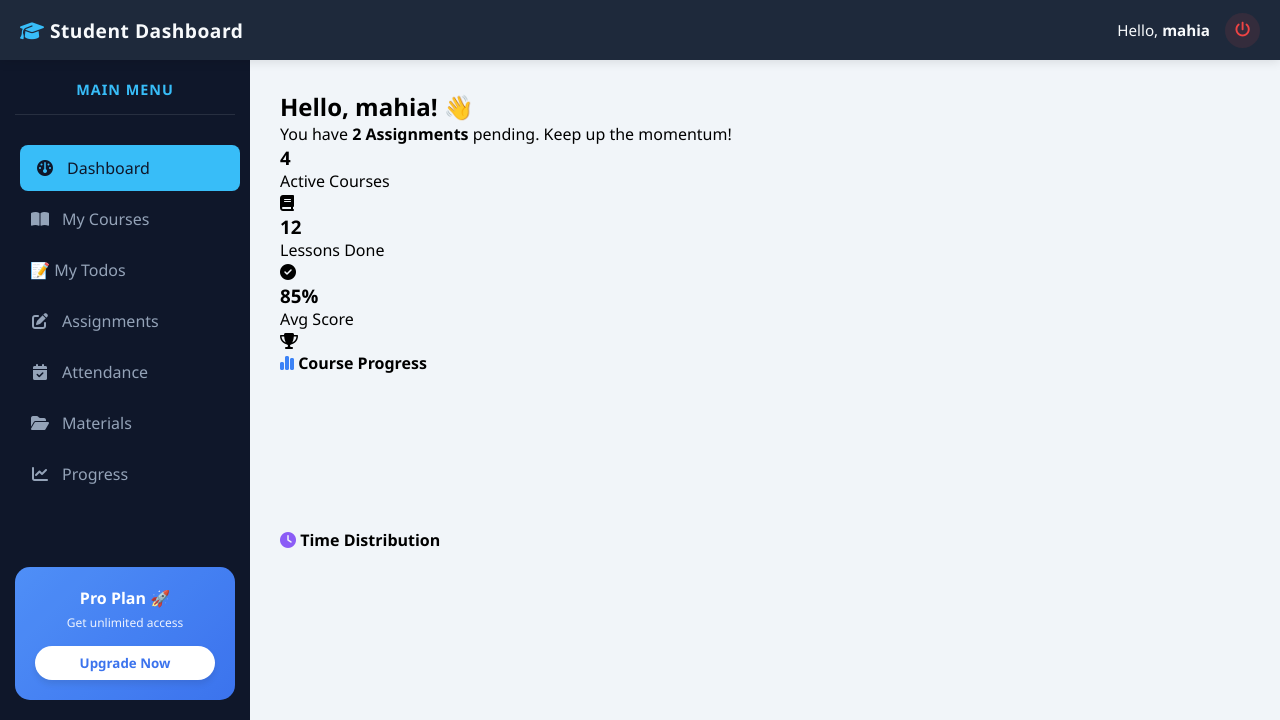
Repository: Mahendher979Python/lms-project
Page: http://localhost/student/dashboard/
The author's editor kept a copy of each file at every save. The page is drawn from the files as they stood at one save, then again after the next save.
The browser window is 1280 px wide. The pictures show the whole page.
An inner scrolling area shows only its first screen. The page is served by the project's application, run on Django 5.2 (lmsbuild/manage.py). The first stored user is signed in. Other server files are loaded and not shown. The page reads the database file committed with the project.

Above is the page before, as saved 2026-01-21 20:53:38.
Console error: ReferenceError: Chart is not defined

### lmsbuild/templates/accounts/student/dashboard.html
{% extends "accounts/student/base.html" %}

{% block title %}Home{% endblock %}

{% block extra_css %}
<script src="https://cdn.jsdelivr.net/npm/chart.js"></script>

<style>
    /* --- 3D WELCOME CARD --- */
    .welcome-card {
        background: linear-gradient(120deg, #3b82f6, #6366f1);
        color: white;
        padding: 40px;
        border-radius: 25px;
        margin-bottom: 40px;
        position: relative;
        overflow: hidden;
        /* The 3D Shadow/Lift */
        box-shadow:
            0 20px 25px -5px rgba(59, 130, 246, 0.4),
            0 10px 10px -5px rgba(59, 130, 246, 0.2);
        border: 1px solid rgba(255,255,255,0.1);
        transition: transform 0.3s ease;
    }

    .welcome-card:hover { transform: translateY(-3px); }

    /* Decorative Circle */
    .welcome-card::after {
        content: ''; position: absolute; right: -50px; top: -50px;
        width: 200px; height: 200px; border-radius: 50%;
        background: rgba(255,255,255,0.1); pointer-events: none;
    }

    .welcome-card h2 { font-size: 2rem; margin-bottom: 10px; font-weight: 800; text-shadow: 0 4px 4px rgba(0,0,0,0.2); }
    .welcome-card p { font-size: 1.1rem; opacity: 0.9; }

    /* --- 3D STATS GRID --- */
    .stats-grid {
        display: grid;
        grid-template-columns: repeat(auto-fit, minmax(250px, 1fr));
        gap: 30px;
        margin-bottom: 40px;
    }

    .stat-card {
        background: #ffffff;
        padding: 25px;
        border-radius: 20px;
        /* Floating Effect Shadow */
        box-shadow: 0 10px 15px -3px rgba(0, 0, 0, 0.05), 0 4px 6px -2px rgba(0, 0, 0, 0.02);
        border: 1px solid rgba(255, 255, 255, 0.5);
        transition: all 0.4s cubic-bezier(0.175, 0.885, 0.32, 1.275); /* Bouncy transition */
        position: relative;
        overflow: hidden;
    }

    /* Hover effect: Card Lifts Up */
    .stat-card:hover {
        transform: translateY(-10px);
        box-shadow: 0 20px 25px -5px rgba(0, 0, 0, 0.1), 0 10px 10px -5px rgba(0, 0, 0, 0.04);
    }

    /* Side Accent Bar */
    .stat-card::before {
        content: ''; position: absolute; left: 0; top: 0; bottom: 0;
        width: 6px; background: #cbd5e1;
    }

    .stat-card.blue::before { background: #3b82f6; }
    .stat-card.green::before { background: #10b981; }
    .stat-card.orange::before { background: #f59e0b; }

    .stat-card h3 { font-size: 2.5rem; color: #1e293b; font-weight: 800; margin-bottom: 5px; }
    .stat-card p { color: #64748b; font-weight: 600; text-transform: uppercase; font-size: 0.8rem; letter-spacing: 1px; }

    /* Icon in background for decoration */
    .stat-card i {
        position: absolute; right: 20px; bottom: 20px;
        font-size: 4rem; color: rgba(0,0,0,0.03);
        transform: rotate(-15deg);
    }

    /* --- 3D CHARTS SECTION --- */
    .charts-wrapper {
        display: grid;
        grid-template-columns: repeat(auto-fit, minmax(450px, 1fr));
        gap: 30px;
    }

    .chart-card {
        background: #ffffff;
        padding: 30px;
        border-radius: 20px;
        box-shadow: 0 4px 6px -1px rgba(0, 0, 0, 0.05), 0 2px 4px -1px rgba(0, 0, 0, 0.03);
        border: 1px solid #f1f5f9;
    }

    .chart-header { margin-bottom: 20px; border-bottom: 2px solid #f1f5f9; padding-bottom: 15px; }
    .chart-header h4 { font-size: 1.2rem; color: #334155; font-weight: 700; display: flex; align-items: center; gap: 10px; }
</style>
{% endblock %}

{% block content %}

    <div class="welcome-card">
        <h2>Hello, {{ request.user.username }}! 👋</h2>
        <p>You have <b>2 Assignments</b> pending. Keep up the momentum!</p>
    </div>

    <div class="stats-grid">
        <div class="stat-card blue">
            <h3>{{ courses_count|default:"4" }}</h3>
            <p>Active Courses</p>
            <i class="fa-solid fa-book"></i>
        </div>
        <div class="stat-card green">
            <h3>12</h3>
            <p>Lessons Done</p>
            <i class="fa-solid fa-check-circle"></i>
        </div>
        <div class="stat-card orange">
            <h3>85%</h3>
            <p>Avg Score</p>
            <i class="fa-solid fa-trophy"></i>
        </div>
    </div>

    <div class="charts-wrapper">

        <div class="chart-card">
            <div class="chart-header">
                <h4><i class="fa-solid fa-chart-simple" style="color:#3b82f6;"></i> Course Progress</h4>
            </div>
            <canvas id="courseProgressChart"></canvas>
        </div>

        <div class="chart-card">
            <div class="chart-header">
                <h4><i class="fa-solid fa-clock" style="color:#8b5cf6;"></i> Time Distribution</h4>
            </div>
            <div style="height: 280px; display: flex; justify-content: center;">
                <canvas id="timeSpentChart"></canvas>
            </div>
        </div>

    </div>

    <script>
        document.addEventListener("DOMContentLoaded", function() {

            // Common Options for 3D look in Charts
            Chart.defaults.font.family = "'Segoe UI', sans-serif";
            Chart.defaults.color = '#64748b';

            // --- CHART 1: Course Progress ---
            const ctx1 = document.getElementById('courseProgressChart').getContext('2d');

            // Gradient for Bars
            const gradientBlue = ctx1.createLinearGradient(0, 0, 0, 400);
            gradientBlue.addColorStop(0, '#3b82f6');
            gradientBlue.addColorStop(1, '#60a5fa');

            new Chart(ctx1, {
                type: 'bar',
                data: {
                    labels: ['Python', 'Django', 'React', 'Data Science'],
                    datasets: [{
                        label: 'Completion (%)',
                        data: [75, 50, 90, 30],
                        backgroundColor: gradientBlue,
                        borderRadius: 8, // Rounded bar tops
                        barThickness: 30,
                        borderWidth: 0,
                        hoverBackgroundColor: '#2563eb'
                    }]
                },
                options: {
                    responsive: true,
                    plugins: { legend: { display: false } },
                    scales: {
                        y: { beginAtZero: true, max: 100, grid: { color: '#f1f5f9' } },
                        x: { grid: { display: false } }
                    }
                }
            });

            // --- CHART 2: Doughnut Chart ---
            const ctx2 = document.getElementById('timeSpentChart').getContext('2d');
            new Chart(ctx2, {
                type: 'doughnut',
                data: {
                    labels: ['Video Lectures', 'Assignments', 'Quizzes'],
                    datasets: [{
                        data: [12, 5, 3],
                        backgroundColor: [
                            '#3b82f6', // Blue
                            '#8b5cf6', // Purple
                            '#06b6d4'  // Cyan
                        ],
                        borderWidth: 5, // Thicker gaps
                        borderColor: '#ffffff', // Match card bg
                        hoverOffset: 15 // Pops out on hover
                    }]
                },
                options: {
                    responsive: true,
                    maintainAspectRatio: false,
                    cutout: '70%', // Thinner ring
                    plugins: {
                        legend: { position: 'bottom', labels: { usePointStyle: true, padding: 20 } }
                    }
                }
            });
        });
    </script>

{% endblock %}

### lmsbuild/templates/accounts/student/base.html
{% load static %}
<!DOCTYPE html>
<html lang="en">
<head>
<meta charset="UTF-8">
<title>Student | Dashboard</title>
<meta name="viewport" content="width=device-width, initial-scale=1.0">

<link href="https://cdnjs.cloudflare.com/ajax/libs/font-awesome/6.5.0/css/all.min.css" rel="stylesheet">

<style>
    :root {
        --bg-dark: #0f172a;
        --bg-panel: #1e293b;
        --bg-light: #f1f5f9;
        --text-main: #f8fafc;
        --text-muted: #94a3b8;
        --accent: #38bdf8;
        --accent-hover: #0ea5e9;
        --danger: #ef4444;
    }

    * { margin: 0; padding: 0; box-sizing: border-box; font-family: "Segoe UI", sans-serif; }

    body { background: var(--bg-light); display: flex; flex-direction: column; height: 100vh; overflow: hidden; }

    /* --- Topbar --- */
    .topbar {
        height: 60px;
        background: var(--bg-panel);
        color: var(--text-main);
        display: flex;
        justify-content: space-between;
        align-items: center;
        padding: 0 20px;
        box-shadow: 0 2px 10px rgba(0,0,0,0.1);
        z-index: 1000;
    }

    .brand {
        display: flex;
        align-items: center;
        gap: 15px;
    }

    .brand h2 { font-size: 1.2rem; font-weight: 600; letter-spacing: 0.5px; }

    .toggle-btn {
        background: none;
        border: none;
        color: var(--text-main);
        font-size: 1.2rem;
        cursor: pointer;
        display: none; /* Hidden on desktop */
    }

    .user-actions {
        display: flex;
        align-items: center;
        gap: 15px;
        font-size: 0.95rem;
    }

    /* Power Button Logout */
    .logout-btn {
        background: rgba(239, 68, 68, 0.1);
        color: var(--danger);
        width: 35px;
        height: 35px;
        border-radius: 50%;
        display: flex;
        align-items: center;
        justify-content: center;
        text-decoration: none;
        transition: all 0.3s ease;
        border: 1px solid transparent;
    }

    .logout-btn:hover {
        background: var(--danger);
        color: white;
        transform: scale(1.1);
        box-shadow: 0 0 10px rgba(239, 68, 68, 0.4);
    }

    /* --- Layout --- */
    .layout { display: flex; flex: 1; overflow: hidden; }

    /* --- Sidebar --- */
    .sidebar {
        width: 250px;
        background: var(--bg-dark);
        color: #fff;
        padding: 20px 15px;
        display: flex;
        flex-direction: column;
        transition: transform 0.3s ease;
    }

    .sidebar-header {
        text-align: center;
        margin-bottom: 30px;
        color: var(--accent);
        font-weight: bold;
        text-transform: uppercase;
        letter-spacing: 1px;
        font-size: 0.9rem;
        border-bottom: 1px solid rgba(255,255,255,0.1);
        padding-bottom: 15px;
    }

    .menu { flex: 1; display: flex; flex-direction: column; gap: 5px; }

    .menu a {
        display: flex;
        align-items: center;
        gap: 12px;
        padding: 12px 15px;
        border-radius: 8px;
        color: var(--text-muted);
        text-decoration: none;
        transition: all 0.2s;
        font-weight: 500;
    }

    .menu a:hover, .menu a.active {
        background: var(--accent);
        color: #0f172a;
        transform: translateX(5px);
    }

    .menu a i { width: 20px; text-align: center; }

    /* --- Upgrade Box --- */
    .upgrade-box {
        background: linear-gradient(135deg, #3b82f6 0%, #2563eb 100%);
        padding: 20px;
        border-radius: 15px;
        text-align: center;
        margin-top: auto; /* Pushes to bottom */
        color: white;
        position: relative;
        overflow: hidden;
    }

    .upgrade-box::before {
        content: '';
        position: absolute;
        top: -50%;
        left: -50%;
        width: 200%;
        height: 200%;
        background: rgba(255,255,255,0.1);
        transform: rotate(45deg);
        pointer-events: none;
    }

    .upgrade-box h4 { margin-bottom: 5px; font-size: 1rem; }
    .upgrade-box small { display: block; margin-bottom: 15px; font-size: 0.75rem; opacity: 0.9; }

    .upgrade-btn {
        background: white;
        color: #2563eb;
        border: none;
        padding: 8px 15px;
        border-radius: 20px;
        font-weight: bold;
        cursor: pointer;
        width: 100%;
        transition: transform 0.2s;
        box-shadow: 0 4px 6px rgba(0,0,0,0.1);
    }

    .upgrade-btn:hover { transform: translateY(-2px); }

    /* --- Content Area --- */
    .content {
        flex: 1;
        padding: 30px;
        overflow-y: auto;
    }

    /* --- Responsive --- */
    @media (max-width: 768px) {
        .sidebar {
            position: absolute;
            left: -250px;
            height: calc(100vh - 60px);
            z-index: 999;
        }
        .sidebar.active { left: 0; }
        .toggle-btn { display: block; }
    }
</style>
</head>

<body>

    <div class="topbar">
        <div class="brand">
            <button class="toggle-btn" onclick="toggleSidebar()">
                <i class="fa-solid fa-bars"></i>
            </button>
            <h2><i class="fa-solid fa-graduation-cap" style="color:var(--accent);"></i> Student Dashboard</h2>
        </div>

        <div class="user-actions">
            <span>Hello, <b>{{ request.user.username }}</b></span>
            <a href="{% url 'logout' %}" class="logout-btn" onclick="return confirmLogout()" title="Logout">
                <i class="fa-solid fa-power-off"></i>
            </a>
        </div>
    </div>

    <div class="layout">

        <div class="sidebar" id="sidebar">
            <div class="sidebar-header">
                Main Menu
            </div>

            <div class="menu">
                <a href="{% url 'student_dashboard' %}" class="active"><i class="fa-solid fa-gauge"></i> Dashboard</a>
                <a href="{% url 'student_course_list' %}"><i class="fa-solid fa-book-open"></i> My Courses</a>
                <a href="{% url 'student_todo_list' %}">📝 My Todos</a>

                <a href="#"><i class="fa-solid fa-pen-to-square"></i> Assignments</a>
                <a href="#"><i class="fa-solid fa-calendar-check"></i> Attendance</a>
                <a href="#"><i class="fa-solid fa-folder-open"></i> Materials</a>
                <a href="#"><i class="fa-solid fa-chart-line"></i> Progress</a>
            </div>

            <div class="upgrade-box">
                <h4>Pro Plan 🚀</h4>
                <small>Get unlimited access</small>
                <button class="upgrade-btn" onclick="alert('Redirecting to Payment Gateway...')">Upgrade Now</button>
            </div>
        </div>

        <div class="content">
            {% block content %}
                <h1>Welcome Back!</h1>
                <p style="color:#64748b; margin-top:10px;">Select a course from the menu to start learning.</p>
            {% endblock %}
        </div>

    </div>

    <script>
        // Toggle Sidebar for Mobile
        function toggleSidebar() {
            const sidebar = document.getElementById('sidebar');
            sidebar.classList.toggle('active');
        }

        // Logout Confirmation
        function confirmLogout() {
            return confirm("Are you sure you want to logout?");
        }

        // Highlight Active Menu (Optional: Simple JS logic to highlight current link)
        const currentPath = window.location.pathname;
        const menuLinks = document.querySelectorAll('.menu a');

        menuLinks.forEach(link => {
            if(link.getAttribute('href') === currentPath) {
                // Remove active class from others
                document.querySelector('.menu a.active')?.classList.remove('active');
                // Add active class to current
                link.classList.add('active');
            }
        });
    </script>

</body>
</html>

### lmsbuild/lmsbuild/urls.py
"""
URL configuration for lmsbuild project.

The `urlpatterns` list routes URLs to views. For more information please see:
    https://docs.djangoproject.com/en/6.0/topics/http/urls/
Examples:
Function views
    1. Add an import:  from my_app import views
    2. Add a URL to urlpatterns:  path('', views.home, name='home')
Class-based views
    1. Add an import:  from other_app.views import Home
    2. Add a URL to urlpatterns:  path('', Home.as_view(), name='home')
Including another URLconf
    1. Import the include() function: from django.urls import include, path
    2. Add a URL to urlpatterns:  path('blog/', include('blog.urls'))
"""

from django.conf import settings
from django.conf.urls.static import static
from django.contrib import admin
from django.urls import path, include

urlpatterns = [
    path('', include('accounts.urls')),   # 👈 first
    path('courses/', include("courses.urls")),
    path('enroll/', include('enrollments.urls')),
    path('study/', include('study.urls')),

    path('admin/', admin.site.urls),      # 👈 django admin
]



if settings.DEBUG:
    urlpatterns += static(settings.MEDIA_URL, document_root=settings.MEDIA_ROOT)
if settings.DEBUG:
    urlpatterns += static(settings.STATIC_URL, document_root=settings.STATIC_ROOT)

### lmsbuild/accounts/urls.py
from django.urls import path
from accounts import views

urlpatterns = [
    path("", views.home, name="home"),
    path("login/", views.login_view, name="login"),
    path("logout/", views.user_logout, name="logout"),

    path("admin/dashboard/", views.admin_dashboard, name="admin_dashboard"),
    path("trainer/dashboard/", views.trainer_dashboard, name="trainer_dashboard"),
    path("student/dashboard/", views.student_dashboard, name="student_dashboard"),



path('dashboard/trainers/', views.trainer_list, name='trainer_list'),
path('dashboard/trainers/create/', views.trainer_create, name='trainer_create'),
path('dashboard/trainers/edit/<int:id>/', views.trainer_edit, name='trainer_edit'),
path('dashboard/trainers/delete/<int:id>/', views.trainer_delete, name='trainer_delete'),


    path("admin/students/", views.admin_students, name="admin_students"),
    path("admin/students/add/", views.admin_add_student, name="admin_add_student"),
    path("admin/students/created/", views.admin_student_created, name="admin_student_created"),
    path("admin/students/edit/<int:id>/", views.admin_edit_student, name="admin_edit_student"),
    path("admin/students/delete/<int:id>/", views.admin_delete_student, name="admin_delete_student"),

    path("admin/users/", views.admin_user_list, name="admin_user_list"),
    path("admin/users/<int:id>/", views.admin_user_view, name="admin_user_view"),



]

### lmsbuild/enrollments/urls.py
from django.urls import path
from . import views

urlpatterns = [
    path('dashboard/student/courses/', views.student_course_list, name='student_course_list'),
    path('dashboard/student/courses/<int:course_id>/', views.student_course_detail, name='student_course_detail'),
    path('dashboard/student/courses/<int:course_id>/enroll/', views.enroll_course, name='enroll_course'),

]

### lmsbuild/study/urls.py
from django.urls import path
from . import views

urlpatterns = [
    # ADMIN TODO
    path("admin/todo/", views.admin_todo_list, name="admin_todo_list"),
    path("admin/todo/add/", views.admin_todo_add, name="admin_todo_add"),
    # TRAINER TODO
    path("trainer/todo/", views.trainer_todo_list, name="trainer_todo_list"),
    path("trainer/todo/add/", views.trainer_todo_add, name="trainer_todo_add"),
    # STUDENT TODO
    path("student/todo/", views.student_todo_list, name="student_todo_list"),

    # ADMIN NOTES
    path("admin/notes/", views.admin_notes_list, name="admin_notes_list"),
    path("admin/notes/add/", views.admin_notes_add, name="admin_notes_add"),
    path("admin/notes/edit/<int:pk>/", views.admin_notes_edit, name="admin_notes_edit"),
    path("admin/notes/delete/<int:pk>/", views.admin_notes_delete, name="admin_notes_delete"),


    # TRAINER NOTES
    path("trainer/notes/", views.trainer_notes_list, name="trainer_notes_list"),
    path("trainer/notes/add/", views.trainer_notes_add, name="trainer_notes_add"),
    path("trainer/notes/edit/<int:pk>/", views.trainer_notes_edit, name="trainer_notes_edit"),

    # STUDENT NOTES
    path("student/notes/", views.student_notes_list, name="student_notes_list"),


]

### lmsbuild/db.sqlite3 (the tables this page reads, as SQL)
CREATE TABLE "accounts_user" ("id" integer NOT NULL PRIMARY KEY AUTOINCREMENT, "password" varchar(128) NOT NULL, "last_login" datetime NULL, "is_superuser" bool NOT NULL, "username" varchar(150) NOT NULL UNIQUE, "first_name" varchar(150) NOT NULL, "last_name" varchar(150) NOT NULL, "email" varchar(254) NOT NULL, "is_staff" bool NOT NULL, "is_active" bool NOT NULL, "date_joined" datetime NOT NULL, "role" varchar(20) NOT NULL, "mobile" varchar(15) NULL, "profile_pic" varchar(100) NULL);
INSERT INTO "accounts_user" VALUES
(5, 'pbkdf2_sha256$1200000$yS7kMXnk13x1dyoWzV7Q4r$sFsEM5N4l2sqWy48hrT4AN/M9UTYPqdmc6/7xeDMfG0=', '2026-02-01 12:52:08.819185', 1, 'mahia', '', '', 'admin@gmail.com', 1, 1, '2026-02-01 12:19:24.402295', '', NULL, ''),
(6, 'pbkdf2_sha256$1200000$F71FEbe812YVNySfj2g36r$FJhl0EIjceylJxNtV2YsUtlPF2eBAiYqHxUr+g1wQdU=', NULL, 0, 'mahit', '', '', 'trainer@gmail.com', 1, 1, '2026-02-01 12:19:49.569737', '', NULL, ''),
(7, 'pbkdf2_sha256$1200000$PS2ekf1esqWRtdWZBdnyis$ocAYzxc3kD0ab85X2sF6IRk3SzfzgjZd8FnjRoFGrmA=', '2026-02-01 12:47:37.077829', 0, 'mahis', '', '', 'student@gmail.com', 0, 1, '2026-02-01 12:20:18.015788', '', NULL, ''),
(8, 'pbkdf2_sha256$1200000$fLwaOQTaDt3rVhNaTOHagI$KSLDqQruRr+ZX/ZRlCp6nQtpvmJKz94jlUqK+naPXEo=', '2026-02-02 08:19:18.831906', 0, 'Mahiad', 'Banavath', 'Mahendher', 'mahibanavath979@gmail.com', 0, 1, '2026-02-01 12:56:03', 'admin', NULL, 'profile_pics/dhoni.jpg'),
(9, 'pbkdf2_sha256$1200000$9p9l5T5JaSWoKsje1GfS85$EWZdOPHPw/sow6n5REacK68H4VuN6//p8lsBiCX0p+k=', '2026-02-02 08:18:10.822580', 0, 'PythonTrainer', '', '', '', 0, 1, '2026-02-01 12:59:55.785842', 'trainer', '6305165869', ''),
(10, 'pbkdf2_sha256$1000000$PFQ06zEu67s1kch2176a5U$RIWio7whsrpbtw8qZ/b3E+Yv6OTf1IUJ+q2H8Nui3ks=', '2026-02-02 06:13:06.713323', 0, 'JavaTrainer', '', '', '', 0, 1, '2026-02-01 13:00:28.271361', 'trainer', '7780752875', ''),
(11, 'pbkdf2_sha256$1000000$ePSnZbFML36YtQOsEWUJLr$w5balXa05yWNFGvgw851DOZqpVf++UgjxJH/Z4aC0sY=', '2026-02-01 14:43:16.643209', 0, 'AwsTrainer', '', '', '', 0, 1, '2026-02-01 13:00:48.272023', 'trainer', '8899009988', ''),
(12, 'pbkdf2_sha256$1000000$y6lT2o7WFnZLlYiLemSTIY$PwzKfvIpQc3bjWCwcd+jevJwDdL9+s4XnkAv5qeMiT8=', NULL, 0, 'studentaws', '', '', '', 0, 1, '2026-02-01 15:21:44.443173', 'student', NULL, ''),
(13, 'pbkdf2_sha256$1000000$lJMkWJkBW0ePvTY9bdV987$EMzYG2wEtpDXdyBzprZjpzi3W+HHLhqp+F+BfJQLE9E=', '2026-02-01 15:26:23.363230', 0, 'Awsstudent2', '', '', '', 0, 1, '2026-02-01 15:22:01.179551', 'student', NULL, ''),
(14, 'pbkdf2_sha256$1000000$R3iHxtBfR6SgZiqlJ2AAhq$c/Dp3HGO9BowJHAyY7A539oXMYfU5OEl8wdIi94LLzU=', '2026-02-01 15:51:30.437379', 0, 'pythonstudent', '', '', '', 0, 1, '2026-02-01 15:22:38.645300', 'student', NULL, ''),
(15, 'pbkdf2_sha256$1000000$DJdCUo0phYW6wMC78lz74A$0KeJy2tJgd5wiWs//HsWwptlQoxXKO81U0ONwnK3kI4=', '2026-02-02 06:42:39.677449', 0, 'python2', '', '', '', 0, 1, '2026-02-01 15:22:52.524932', 'student', NULL, ''),
(16, 'pbkdf2_sha256$1000000$Q2Y2OHvyd2Q60EYKWR6n2o$oP/oaq3ZXvkpunSeHsQi1vG1P9BGTwvEWYDVq5Q6Yis=', NULL, 0, 'javastudent1', '', '', '', 0, 1, '2026-02-01 15:23:16.324497', 'student', NULL, ''),
(17, 'pbkdf2_sha256$1000000$QyMBeMUOX7AjmA7lDhqgLt$MpSfwqypT+5hwKZpwieuFoe/HE+ip6lTF5dYcMOKcFU=', NULL, 0, 'javastudent2', '', '', '', 0, 1, '2026-02-01 15:23:35.978365', 'student', NULL, ''),
(18, 'pbkdf2_sha256$1200000$z236A2fUIEmOsD3i2LdXOC$2jscEyCve5ZqhYAlPyHlz/K5k364zIC+lrB5Gf6sitE=', '2026-02-01 16:53:02.588464', 1, 'super', '', '', 'superadmin@gmail.com', 1, 1, '2026-02-01 16:25:11.851912', '', NULL, '');

Loaded but not shown: lmsbuild/accounts/views.py (356 lines, source omitted); lmsbuild/courses/urls.py (90 lines, source omitted); lmsbuild/accounts/models.py (62 lines, source omitted)

After the next save:
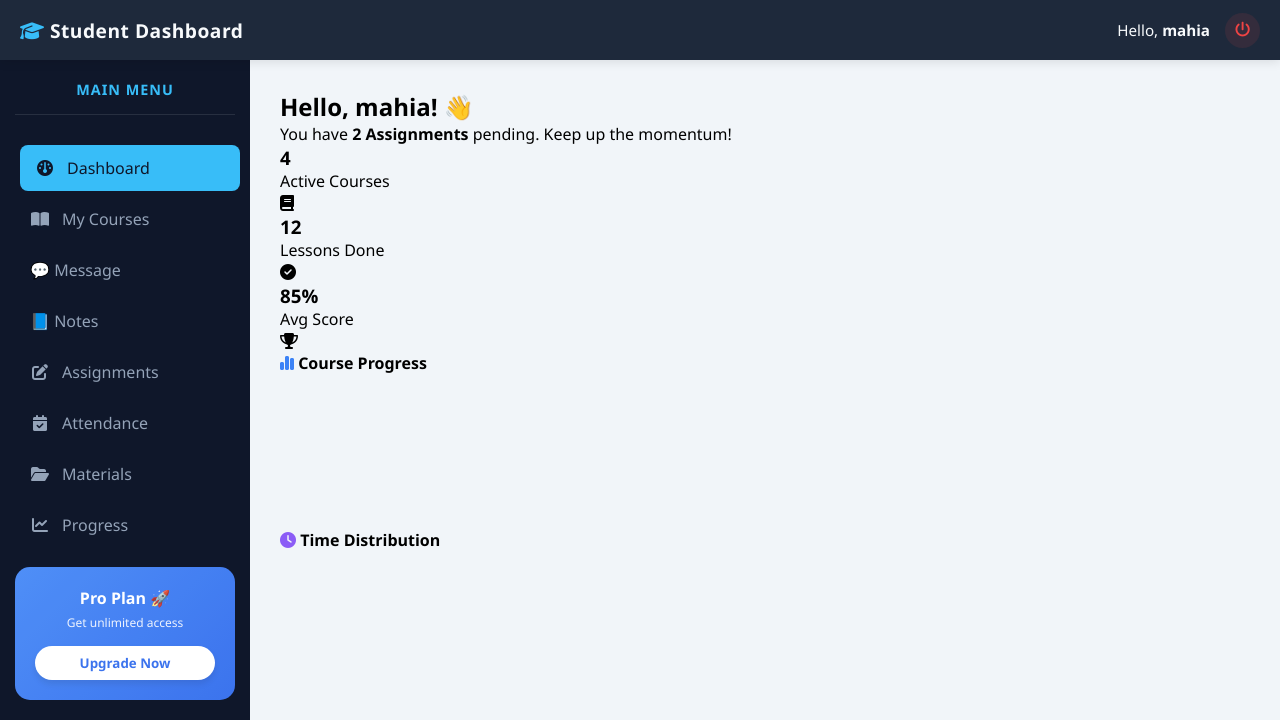
Saved 3 min 28 s later.
--- a/lmsbuild/templates/accounts/student/base.html
+++ b/lmsbuild/templates/accounts/student/base.html
@@ -222,7 +222,8 @@
             <div class="menu">
                 <a href="{% url 'student_dashboard' %}" class="active"><i class="fa-solid fa-gauge"></i> Dashboard</a>
                 <a href="{% url 'student_course_list' %}"><i class="fa-solid fa-book-open"></i> My Courses</a>
-                <a href="{% url 'student_todo_list' %}">📝 My Todos</a>
+                <a href="{% url 'student_todo_list' %}">💬 Message</a>
+                <a href="{% url 'student_notes_list' %}">📘 Notes</a>
 
                 <a href="#"><i class="fa-solid fa-pen-to-square"></i> Assignments</a>
                 <a href="#"><i class="fa-solid fa-calendar-check"></i> Attendance</a>
